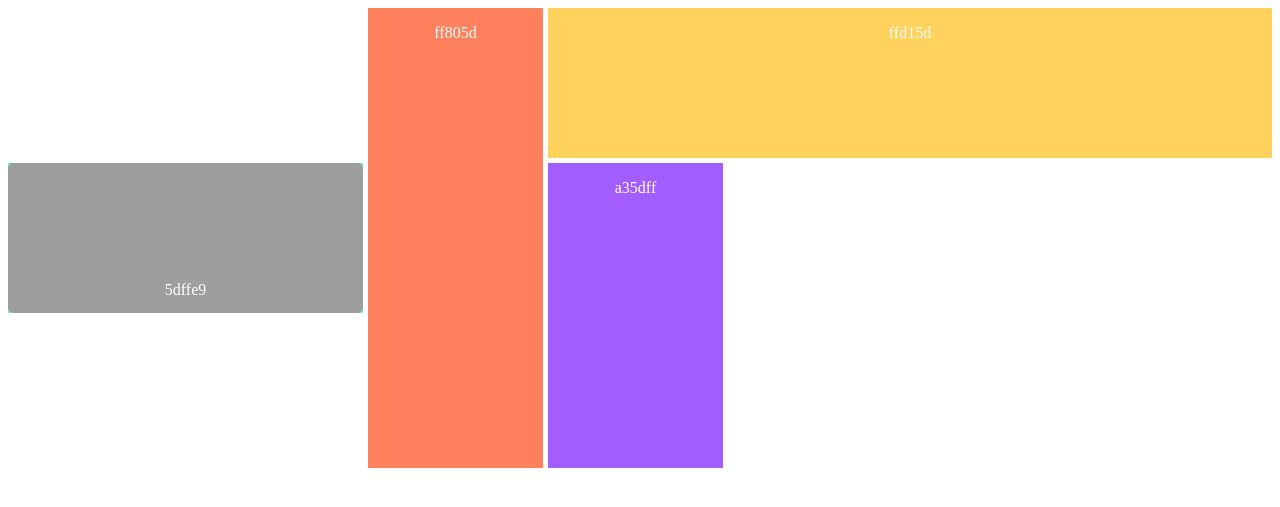
Repository: YoussefElsaygh/metrostyle
Page: index.html
The author's editor kept a copy of each file at every save. The page is drawn from the files as they stood at one save, then again after the next save.
The browser window is 1280 px wide. The pictures show the whole page.
Pictures or frames that could not be fetched are drawn as grey boxes.

Above is the page before, as saved 2019-12-16 03:55:11.

After the next save:
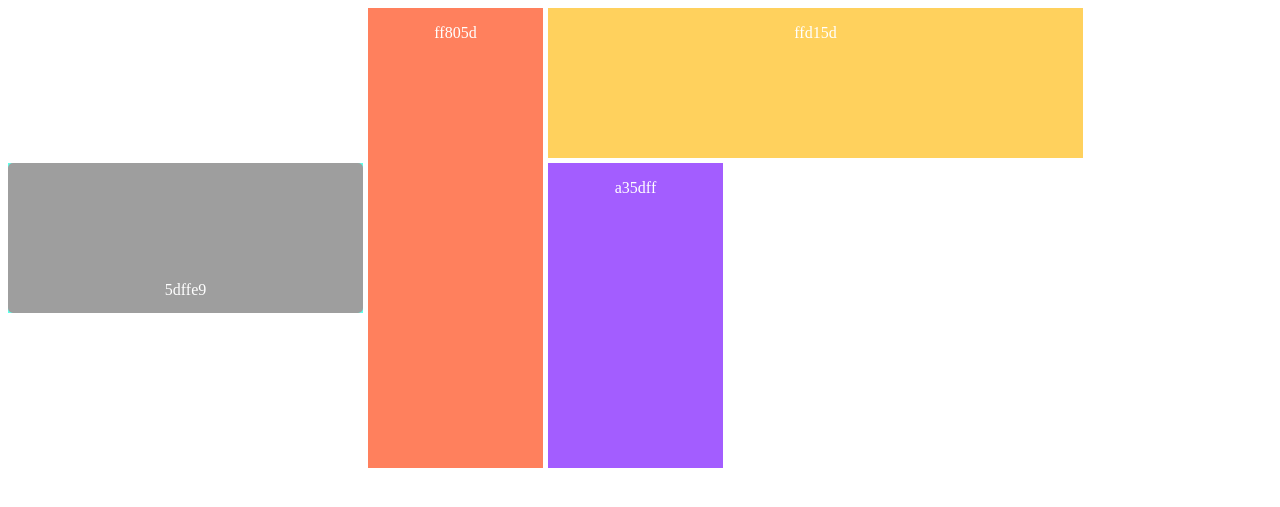
Saved 2 min 4 s later.
--- a/index.css
+++ b/index.css
@@ -4,6 +4,6 @@
     width: 100%;
     display: grid;
     grid-gap: 5px;
-    grid-template-columns:repeat(5,175px);
+    grid-template-columns:repeat(6,175px);
     grid-template-rows:repeat(3, 150px);
   }
